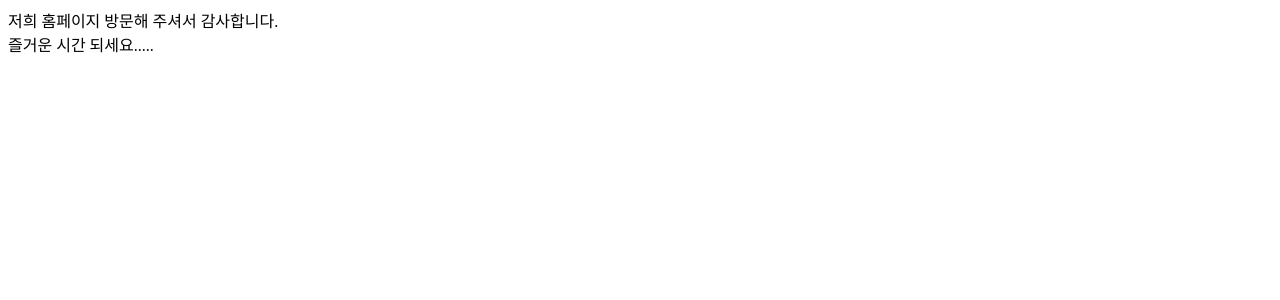
Repository: sinaboro/Jsp_202403
Page: http://localhost/web-study-04/04_main.jsp
These files come from the project's save history. The page is drawn as it stood at one moment and after the next save; the edit follows.
The browser window is 1280 px wide. The pictures show the whole page.
The page is served by Tomcat 9.

Above is the page before, as saved 2024-02-29 07:34:02.

After the next save:
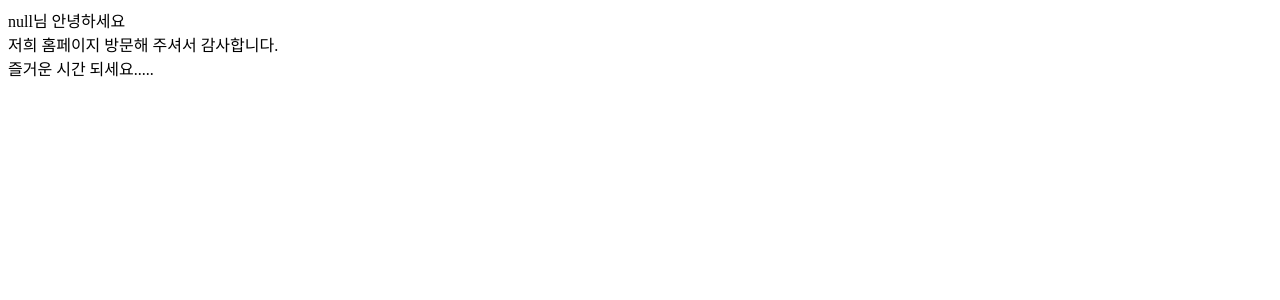
Saved 9 min 6 s later.
--- a/web-study-04/src/main/webapp/04_main.jsp
+++ b/web-study-04/src/main/webapp/04_main.jsp
@@ -7,6 +7,7 @@
 <title>Insert title here</title>
 </head>
 <body>
+	<%= request.getParameter("name") %>님 안녕하세요 <br>
 	저희 홈페이지 방문해 주셔서 감사합니다.<br>
 	즐거운 시간 되세요.....<br>
 </body>
